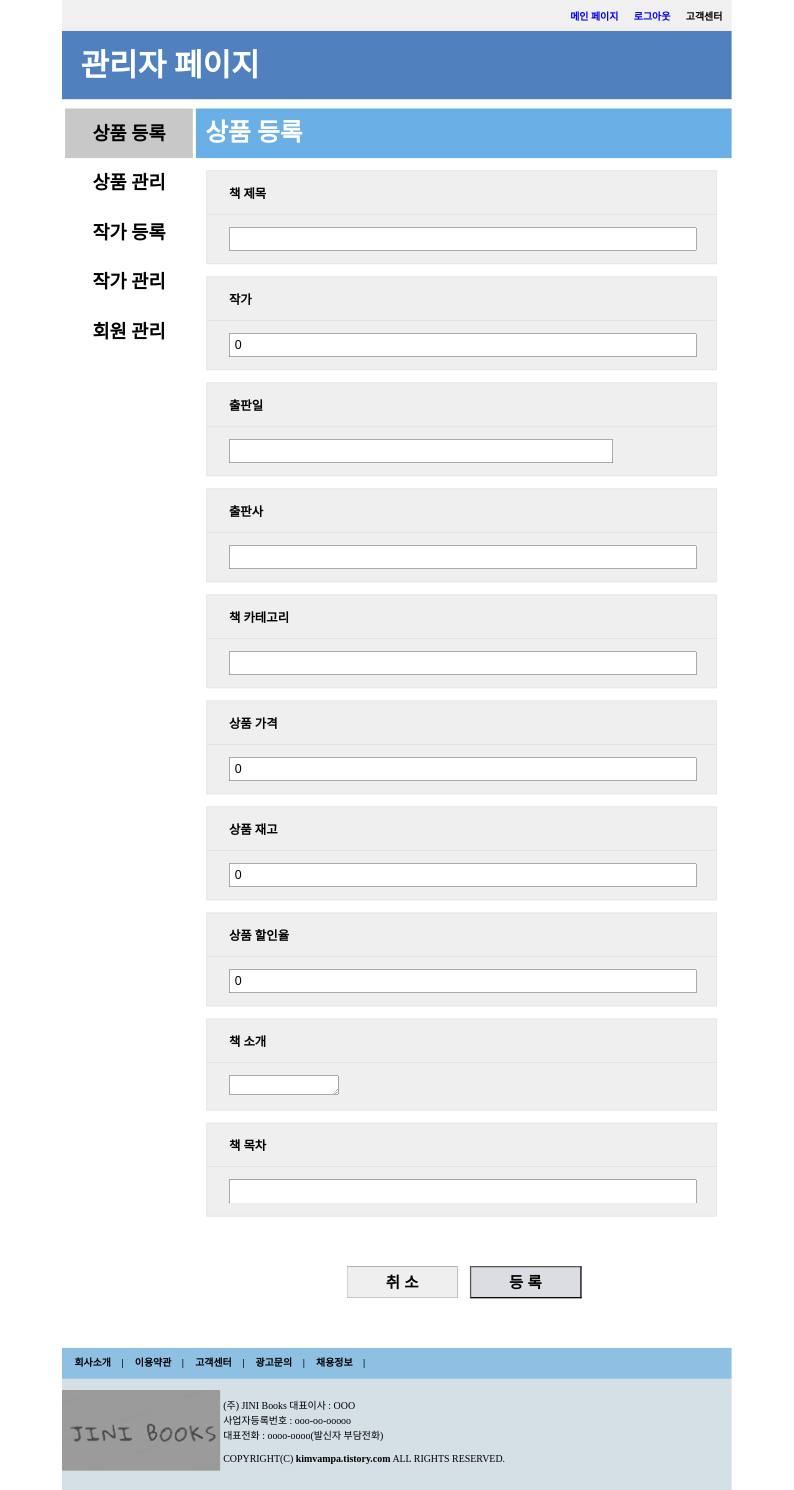
Repository: leechanjin7/ShoppingMall
Page: http://localhost/ShoppingMall/WEB-INF/views/admin/goodsEnroll.jsp
These files come from the project's save history. The page is drawn as it stood at one moment and after the next save; the edit follows.
The browser window is 1280 px wide. The pictures show the whole page, at 62% of full size.
The page is served by Tomcat 9. Nobody is signed in. The template is opened directly, without the code that normally fills it, so the values that code supplies are empty.

Above is the page before, as saved 2023-09-08 12:01:53.

After the next save:
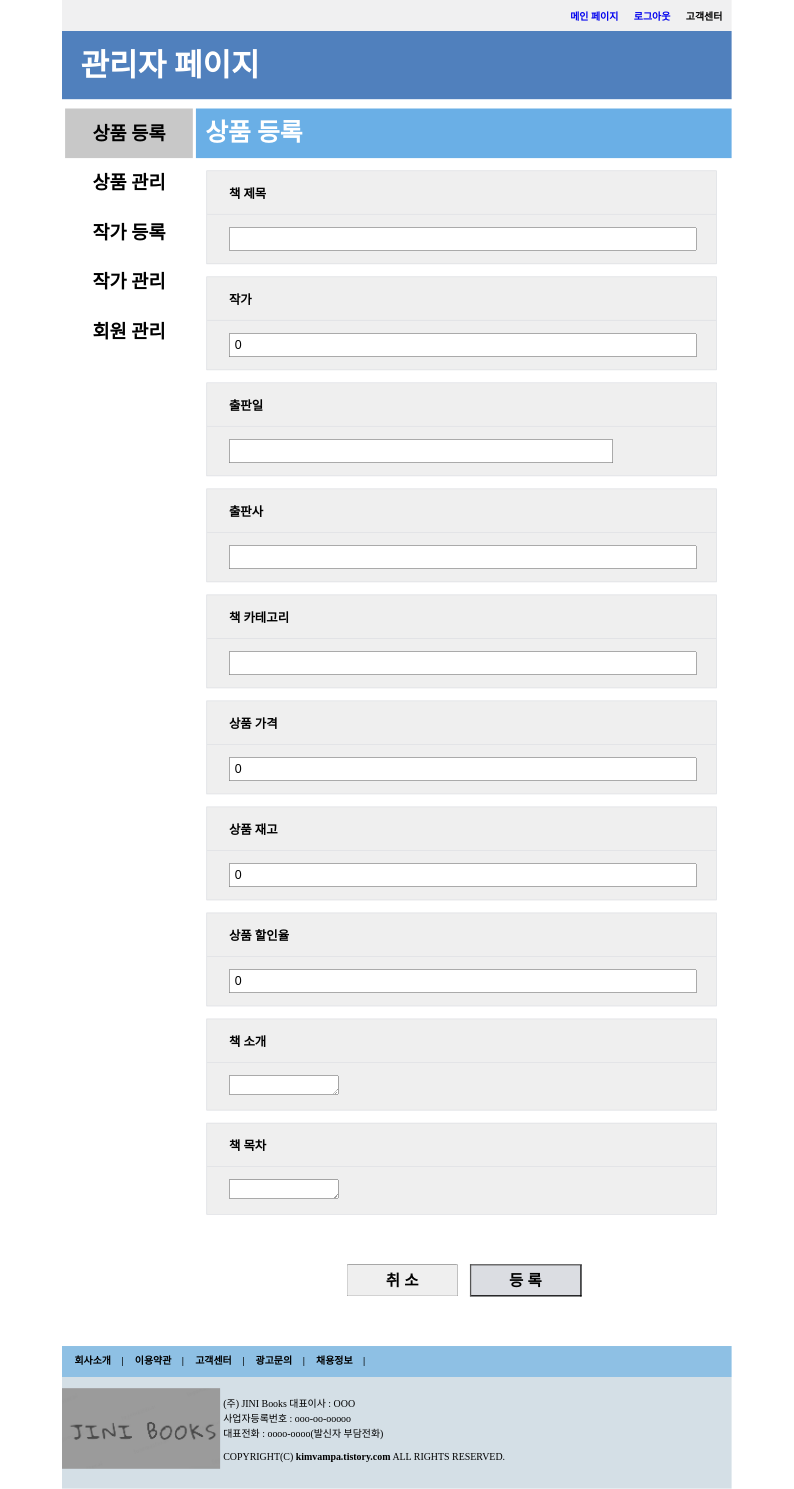
Saved 87 s later.
--- a/workspace/ShoppingMall/src/main/webapp/WEB-INF/views/admin/goodsEnroll.jsp
+++ b/workspace/ShoppingMall/src/main/webapp/WEB-INF/views/admin/goodsEnroll.jsp
@@ -99,7 +99,7 @@
                     				<label>책 목차</label>
                     			</div>
                     			<div class="form_section_content">
-                    				<input name="bookContents">
+                    				<textarea name="bookContents" id="bookContents_textarea"></textarea>
                     			</div>
                     		</div>
                    		</form>
